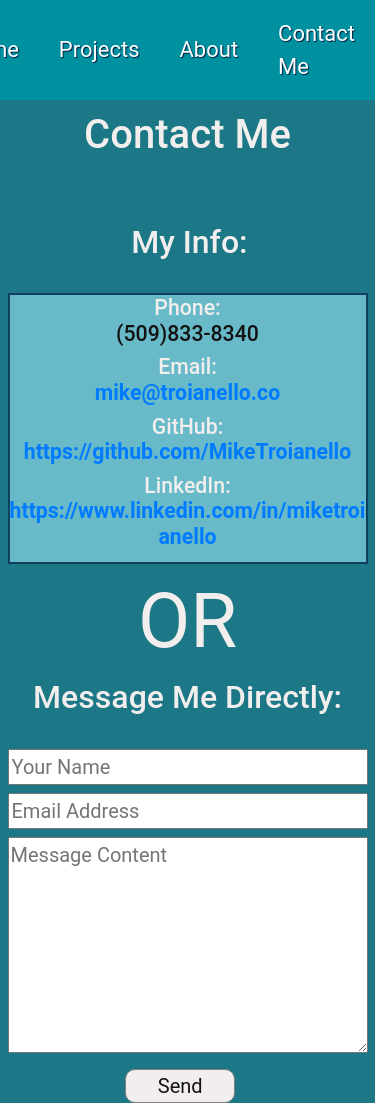
Repository: MikeTroianello/troianello
Page: /contact
These files come from the project's save history. The page is drawn as it stood at one moment and after the next save; the edit follows.
The browser window is 375 px wide. The pictures show the whole page.
The project was rebuilt for these pictures with package versions that can differ from the ones it lists, and the page was loaded fresh each time. Also part of the build but not shown: src/components/context-sensitive/Greet.js, src/components/locations/Home.js, src/components/locations/About/About.css, src/components/locations/About/AboutMobile.css, src/components/locations/About/About.js, src/components/cards/RainbowDay.js, src/components/cards/CanvasBubbles.js, src/components/cards/projectCard.css and 4 more.

Above is the page before, as saved 2019-08-03 13:03:42.

### public/index.html
<!DOCTYPE html>
<html lang="en">
  <head>
    <meta charset="utf-8" />
    <link rel="shortcut icon" href="%PUBLIC_URL%/favicon.ico" />
    <meta name="viewport" content="width=device-width, initial-scale=1" />
    <meta name="theme-color" content="#000000" />
    <!--
      manifest.json provides metadata used when your web app is installed on a
      user's mobile device or desktop. See https://developers.google.com/web/fundamentals/web-app-manifest/
    -->
    <link rel="manifest" href="%PUBLIC_URL%/manifest.json" />
    <!--
      Notice the use of %PUBLIC_URL% in the tags above.
      It will be replaced with the URL of the `public` folder during the build.
      Only files inside the `public` folder can be referenced from the HTML.

      Unlike "/favicon.ico" or "favicon.ico", "%PUBLIC_URL%/favicon.ico" will
      work correctly both with client-side routing and a non-root public URL.
      Learn how to configure a non-root public URL by running `npm run build`.
    -->
    <title>MIKE TROIANELLO</title>
  </head>
  <body>
    <noscript>You need to enable JavaScript to run this app.</noscript>
    <div id="root"></div>
  </body>
</html>

### src/App.js
import React, { Component } from 'react';
import { BrowserRouter as Router, Route, Switch } from 'react-router-dom';
import Header from './components/Header';
import Home from './components/locations/Home';
import About from './components/locations/About/About';
import Projects from './components/locations/Projects';
import Contact from './components/locations/Contact/Contact';
import NotFound from './components/locations/NotFound';
import Greet from './components/context-sensitive/Greet.js';
import './App.css';

class App extends Component {
  // state = {
  //   header: '',
  //   hours: new Date().getHours()
  // };

  // componentDidMount() {
  //   window.addEventListener('scroll', this.handleScroll);
  // }

  // componentWillUnmount() {
  //   window.removeEventListener('scroll', this.handleScroll);
  // }

  // handleScroll = event => {
  //   let scrollTop = event.srcElement.body.scrollTop;
  //   console.log(window.scrollY);
  //   // if(window.scrollY > 200 && this.state.header) {
  //   if (window.scrollY < 88) {
  //     this.setState({ header: '' });
  //     console.log(this.state.header);
  //   }
  //   if (window.scrollY > 88 && window.scrollY < 502) {
  //     this.setState({ header: <Greet classname='header-greet' /> });
  //     console.log(this.state.header);
  //   }
  //   if (window.scrollY > 503 && window.scrollY < 1266) {
  //     this.setState({ header: 'My Projects' });
  //     console.log(this.state.header);
  //   }
  //   if (window.scrollY > 1267) {
  //     this.setState({ header: 'About Me' });
  //     console.log(this.state.header);
  //   }
  // };

  render() {
    return (
      <div className='App'>
        <Router>
          {/* <Header showHeader={this.state.header} /> */}
          <Header />
          <div>
            <Switch>
              <Route exact path='/' component={Home} />
              <Route exact path='/about' component={About} />
              <Route exact path='/projects' component={Projects} />
              <Route exact path='/contact' component={Contact} />
              <Route component={NotFound} />
            </Switch>
          </div>
        </Router>
      </div>
    );
  }
}

export default App;

### src/components/Header.js
import React, { Component } from 'react';
import { Link } from 'react-router-dom';
import Greet from '../components/context-sensitive/Greet.js';

export default class Header extends Component {
  render() {
    // let headerClass = this.props.showHeader ? 'header' : 'header transition';
    // if(this.props.showHeader == "time"){
    //   this.props.showHeader = <Greet/>
    // }
    /* <div className={headerClass}> */
    return (
      <div className='header'>
        <div className='links'>
          {/* <div className='logo'>
            <Link to='/'>Mt</Link>
          </div> */}
          <Link to='/' className='logo-2'>
            <h1 className='mt-logo'>Mt</h1>
          </Link>
          <div>{this.props.showHeader}</div>

          <div className='individual-link'>
            <Link to='/'>Home</Link>
          </div>
          <div className='individual-link'>
            <Link to='/projects'>Projects</Link>
          </div>
          <div className='individual-link'>
            <Link to='/about'>About</Link>
          </div>
          <div className='individual-link test'>
            <Link to='/contact'>Contact Me</Link>
          </div>
        </div>
      </div>
    );
  }
}

### src/components/locations/Contact/Contact.js
import React from 'react';
import './Contact.css';
import './ContactMobile.css';

export default function Contact() {
  return (
    <div className='contact-page'>
      <h1 className='contact-center'>Contact Me</h1>
      <div className='row'>
        <div className='col-sm-5 contact-side-one'>
          <h2 className='contact-center-one'>My Info:</h2>
          <div className='contact-side-one-box'>
            <h3>
              Phone:
              <br />
              <span className='contact-number'>(509)833-8340</span>
            </h3>
            <h3>
              <h3>
                Email:
                <br />
                <strong>
                  <a
                    href='mailto:mike@troianello.co'
                    target='_blank'
                    rel='noopener noreferrer'
                  >
                    mike@troianello.co
                  </a>
                </strong>
              </h3>
              GitHub:
              <br />
              <strong>
                <a
                  href='https://github.com/MikeTroianello'
                  target='_blank'
                  rel='noopener noreferrer'
                >
                  https://github.com/MikeTroianello
                </a>
                <br />
              </strong>
            </h3>
            <h3>
              LinkedIn: <br />
              <strong>
                <a
                  href='https://www.linkedin.com/in/miketroianello'
                  target='_blank'
                  rel='noopener noreferrer'
                >
                  https://www.linkedin.com/in/miketroianello
                </a>
              </strong>
            </h3>
          </div>
        </div>
        <div className='col-sm-2 or'>OR</div>
        <div className='col-sm-5 contact-side-two'>
          <h2 className='contact-center-two'>Message Me Directly:</h2>
          <form
            className='contact-message'
            action='https://formspree.io/mike@troianello.co'
            method='POST'
          >
            <label>
              <input
                type='name'
                name='name'
                className='contact-message-input'
                placeholder='Your Name'
              />
            </label>
            <label>
              <input
                type='email'
                name='email'
                className='contact-message-input'
                placeholder='Email Address'
              />
            </label>
            <label>
              <textarea
                rows='7'
                name='content'
                className='contact-message-input'
                placeholder='Message Content'
              />
            </label>
            <button className='contact-button'>Send</button>
          </form>
        </div>
      </div>
    </div>
  );
}

### src/App.css
:root {
  --off-black: #131313;
  --off-white: #f2eeee;
}

.App {
  font-family: 'roboto';
}
@import url('https://fonts.googleapis.com/css?family=Chivo&display=swap');
@import url('https://fonts.googleapis.com/css?family=Roboto&display=swap');
@import url('https://fonts.googleapis.com/css?family=Exo+2:800&display=swap');

.App-header {
  background-color: #282c34;
  min-height: 100vh;
  display: flex;
  flex-direction: column;
  /* align-items: center; */
  justify-content: center;
  font-size: calc(10px + 2vmin);
  /* color: white; */
}

/* .App-link {
  color: #61dafb;
} */

body {
  padding-top: 47px;
}

div {
  font-size: 20px;
}

p {
  margin-left: 4em;
  color: var(--off-black);
}

/* HEADER */

.header {
  background-color: #0091a0;
  /* background-color: #192e6c; */
  overflow: hidden;
  position: fixed;
  top: 0;
  width: 100%;
  height: 100px;
  z-index: 1;
  transition: all 0.5s;
}

.header.transition {
  transition: all 0.5s;
}

.header a {
  text-decoration: none;
  font-family: 'roboto';
  color: white;
  text-shadow: 1px 1px 1px #002145;
  font-size: 1.1em;
}

/* HOME PAGE */

/* .home-bg {
  height: 300vh;
} */

.link {
  margin-left: 15em;
}

.link a {
  color: var(--off-white);
  background-color: #0091a0;
  border-style: solid;
  border-color: #a2d7dc;
  border-width: 2px;
  font-size: 1.75em;
  padding: 0.5em;
  /* border-radius: 5px; */
}

.home-top {
  background-color: #0091a0;
  height: 65vh;
  width: 100%;
  transform: skewY(-5deg);
  margin-top: -5vh;
  padding: 0;
}

.home-top h1 {
  text-align: center;
  color: var(--off-white);
  font-size: 5em;
  padding-left: 0.6em;
  padding-top: 0.8em;
  margin-bottom: 0;
  padding-bottom: 0;
  transform: skewY(5deg);
  text-shadow: 1px 1px 1px #007783;
}

.home-top h2 {
  text-align: center;
  color: var(--off-white);
  padding-left: 0.6em;
  margin-bottom: 0;
  padding-bottom: 0;
  transform: skewY(5deg);
  text-shadow: 1px 1px 1px #007783;
}

.home-typewriter-setup {
  /* position: relative;
    width: 29em;
    margin: 0 auto;
    text-align: center;
    white-space: nowrap;
    overflow: hidden; */
  position: relative;
  width: 24em;
  margin: 10vh auto;
  border-right: 3px solid rgba(255, 255, 255, 0.75);
  font-size: 180%;
  text-align: center;
  white-space: nowrap;
  overflow: hidden;
}

.home-typewriter-animation {
  animation: typewriter 4s steps(65) 1s 1 normal both,
    blinkTextCursor 1000ms steps(40) infinite normal;
}

@keyframes typewriter {
  from {
    width: 0;
  }
  to {
    width: 29.5em;
  }
}
@keyframes blinkTextCursor {
  from {
    border-right-color: rgba(255, 255, 255, 0.75);
  }
  to {
    border-right-color: transparent;
  }
}

.home-fade1 {
  height: 2vh;
  width: 100%;
  background-color: #a2d7dc;
  transform: skewY(-5deg);
  margin-top: -1vh;
}

.home-fade2 {
  height: 1vh;
  width: 100%;
  background-color: #e1e3e5;
  /* margin-top: -1vh; */
}

.home-about {
  height: 105vh;
  background: url('./components/images/pics/album-pics/thumbnail-3.jpg')
    no-repeat;
  background-size: 100% auto;
  background-position: 0 -30vh;
  /* background-repeat: no-repeat; */
  /* background-color: #909a9f; */
}

.home-about h1 {
  color: var(--off-white);
  font-size: 4.25em;
  margin-left: 1.25em;
}

.home-projects {
  font-size: 2em;
  padding-top: 1em;
  height: 110vh;
}

.home-projects h1 {
  color: var(--off-black);
  font-size: 2em;
  text-align: center;
}

.home-album-text {
  mix-blend-mode: difference;

  /* mix-blend-mode: exclusion; */
}

.home-contact {
  height: 50vh;
}

.home-contact h1 {
  font-size: 4.5em;
  margin-left: 1em;
  color: var(--off-white);
}

/* PROJECTS PAGE */

.projects {
  background-color: #1c7787;
  color: var(--off-white);
  /* height: 104vh; */
  /* margin-top: -3em; */
  padding-top: 3em;
  overflow: hidden;
  min-height: 97.45vh;
}

.project-box {
  display: flex;
  flex-wrap: wrap;
  justify-content: space-around;
  text-decoration: none;
  /* margin: 1vh 0; */
}

/* .project-box :hover {
  background: rgba(0, 0, 0, 1);
} */

.projects-title {
  text-align: center;
}

.projects-technologies {
  padding: 10vh 0 0 1.33vw;
  background-color: #1c7787;
  border-right: 1.5px solid black;
}

/* COLOR SCHEME REMAINING CLASSES DON'T DELETE YET!!!! */

/* .container-fluid {
  height: 500px;
} */

/* .row {
  height: 500px;
} */

.links {
  display: flex;
  justify-content: flex-end;
  align-items: center;
}

.individual-link {
  margin: 0 1em;
}

/* logo */

.logo {
  color: white;
  padding: 1px 6px;
  font-size: 1.35em;
  font-weight: bold;
  border-style: solid;
  border-color: White;
  border-width: 2px;
  margin: 20px auto 20px 15px;
}

.logo-2 {
  color: white;
  padding: 1px 6px 0;
  font-weight: bold;
  border-style: solid;
  border-color: White;
  border-width: 2px;
  margin: 20px auto 20px 15px;
}

.mt-logo {
  margin: 3px 0;
}

.react {
  animation-name: spin;
  animation-duration: 35s;
  animation-iteration-count: infinite;
  animation-timing-function: linear;
}

@keyframes spin {
  from {
    transform: rotate(0deg);
  }
  to {
    transform: rotate(360deg);
  }
}

/* table,
th,
td {
  border: 2px solid black;
}

td {
  font-size: 2em;
} */

### src/components/locations/Contact/Contact.css
.contact-page {
  background-color: #1c7787;
  color: var(--off-white);
  /* height: 101.8vh; HERE */
  min-height: 101.8vh;
  overflow: hidden;
  margin-top: -3em;
  padding-top: 3em;
}

.contact-page h1 {
  margin: 8vh;
}

/* .contact-side-one {
  } */

.contact-side-one-box {
  border: 2px solid #113f5e;
  background-color: rgba(137, 215, 229, 0.7);
  text-align: center;
  margin-left: 1vw;
  margin-right: 1vw;
  padding-bottom: 5px;
  word-wrap: break-word;
}

.contact-number {
  color: var(--off-black);
}

.contact-center {
  text-align: center;
  margin-bottom: 4vh;
}

.contact-center-one {
  text-align: center;
  margin-bottom: 4vh;
  margin-left: 1vw;
}

.contact-center-two {
  text-align: center;
  margin-bottom: 4vh;
}

.or {
  margin-bottom: 15vh;
  display: flex;
  justify-content: center;
  align-items: center;
  font-size: 3.8em;
  color: var(--off-white);
}

/* .contact-side-two{
    display: flex;
  } */

.contact-message {
  flex-direction: column;
  /* align-items:center; */
  display: flex;
}

.contact-message-input {
  width: 90%;
}

.contact-button {
  width: 30%;
  border: 1px solid gray;
  border-radius: 10px;
  color: var(--off-black);
  background: var(--off-white);
  margin-left: 32%;
}

### src/components/locations/Contact/ContactMobile.css
@media (max-width: 425px) {
  .contact-page {
    min-height: 101.8vh;
    overflow: hidden;
    margin-top: -3em;
    padding-top: 3em;
  }

  .contact-page h1 {
    margin: 8vh;
  }

  .contact-page h3 {
    font-size: 1.33rem;
  }

  /* .contact-side-one {
  } */

  .contact-side-one-box {
    /* border: 2px solid #113f5e;
    background-color: rgba(137, 215, 229, 0.7);
    text-align: center;
    margin-left: 1vw;
    margin-right: 1vw;
    padding-bottom: 5px;
    word-wrap: break-word; */
    margin-left: 2vw;
    margin-right: 2vw;
  }

  .contact-number {
    color: var(--off-black);
  }

  .contact-center {
    text-align: center;
    margin-bottom: 4vh;
  }

  .contact-center-one {
    text-align: center;
    margin-bottom: 4vh;
    margin-left: 1vw;
  }

  .contact-center-two {
    text-align: center;
    margin-bottom: 4vh;
  }

  .or {
    margin-bottom: 0 !important;
    display: flex;
    justify-content: center;
    align-items: center;
    font-size: 3.8em;
    color: var(--off-white);
  }

  /* .contact-side-two {
    padding-left: 0;
  } */

  .contact-message {
    margin: 0 0 0 2vw;
  }

  .contact-message-input {
    width: 98%;
    /* margin-left: 1%; */
  }

  .contact-button {
    width: 30%;
    border: 1px solid gray;
    border-radius: 10px;
    color: var(--off-black);
    background: var(--off-white);
    margin-left: 32%;
  }
}

Loaded but not shown: src/index.js (common file); src/index.css (common file); src/serviceWorker.js (common file)

After the next save:
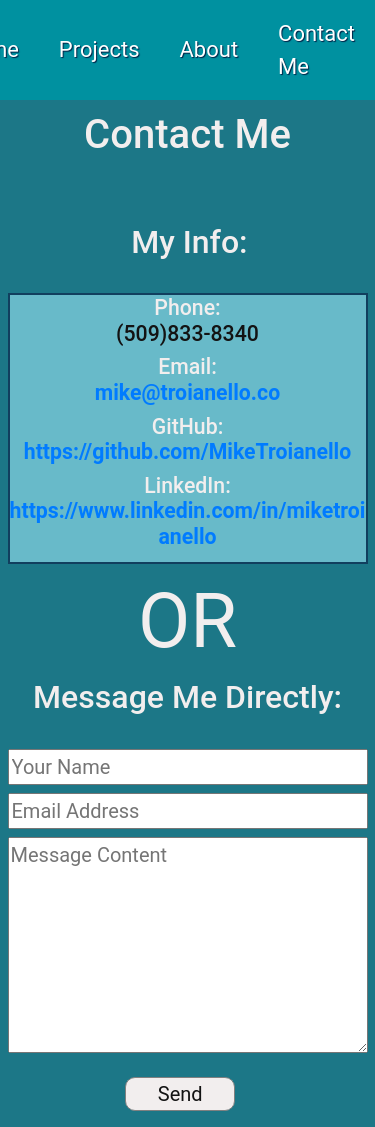
Saved 12 min 41 s later.
--- a/src/components/locations/Contact/ContactMobile.css
+++ b/src/components/locations/Contact/ContactMobile.css
@@ -78,5 +78,7 @@
     color: var(--off-black);
     background: var(--off-white);
     margin-left: 32%;
+    margin-top: 1vh;
+    margin-bottom: 2vh;
   }
 }
